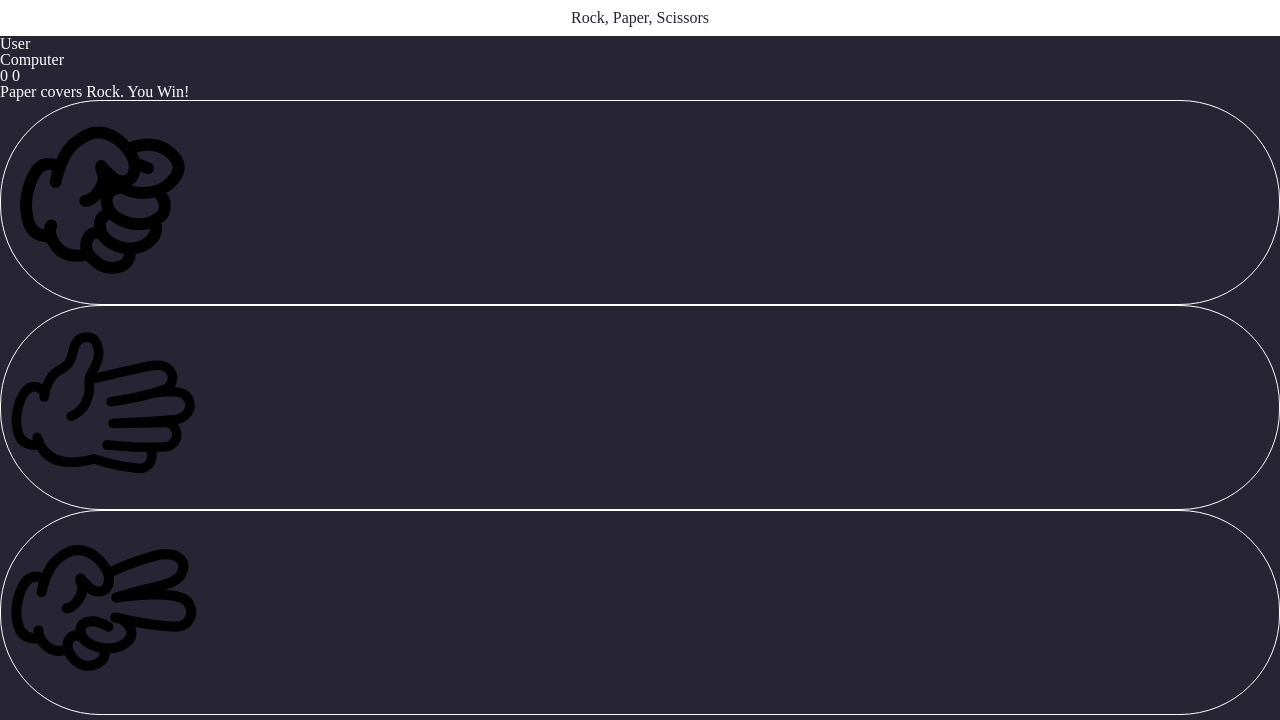
Repository: AndersonGuilherme/rock-paper-scissor-game-javascript
Page: index.html
The author's editor kept a copy of each file at every save. The page is drawn from the files as they stood at one save, then again after a run of saves.
The browser window is 1280 px wide. The pictures show the whole page.

Above is the page before, as saved 2019-01-12 12:40:56.

### index.html
<!DOCTYPE html>
<html lang="en">
  <head>
    <meta charset="UTF-8" />
    <meta name="viewport" content="width=device-width, initial-scale=1.0" />
    <meta http-equiv="X-UA-Compatible" content="ie=edge" />
    <title>Rocket.io</title>
    <link rel="stylesheet" href="./src/public/css/reset.css" />
    <link rel="stylesheet" href="./src/public/css/style.css" />
  </head>
  <body>
    <header id="header"><h1>Rock, Paper, Scissors</h1></header>
    <div class="score-board">
      <div id="user-label" class="badge">User</div>
      <div id="computer-label" class="badge">Computer</div>
      <span id="user-score">0</span> <span id="computer-score">0</span>
    </div>
    <div class="result"><h1>Paper covers Rock. You Win!</h1></div>
    <div class="choices">
      <div class="choice"><img src="./src/public/images/rock.png" alt="" /></div>
      <div class="choice"><img src="./src/public/images/paper.png" alt="" /></div>
      <div class="choice"><img src="./src/public/images/scissor.png" alt="" /></div>
    </div>
  </body>
</html>

### src/public/css/style.css
body{
    background-color: #272433;
    color: #fff;
}

#header{
    background-color: #fff;
    color: #272433;
    text-align: center;
    padding: 10px;
}

.choice{
    border: 1px solid #fff;
    border-radius: 100px;
}

Loaded but not shown: src/public/css/reset.css (common file)

After the next 4 saves:
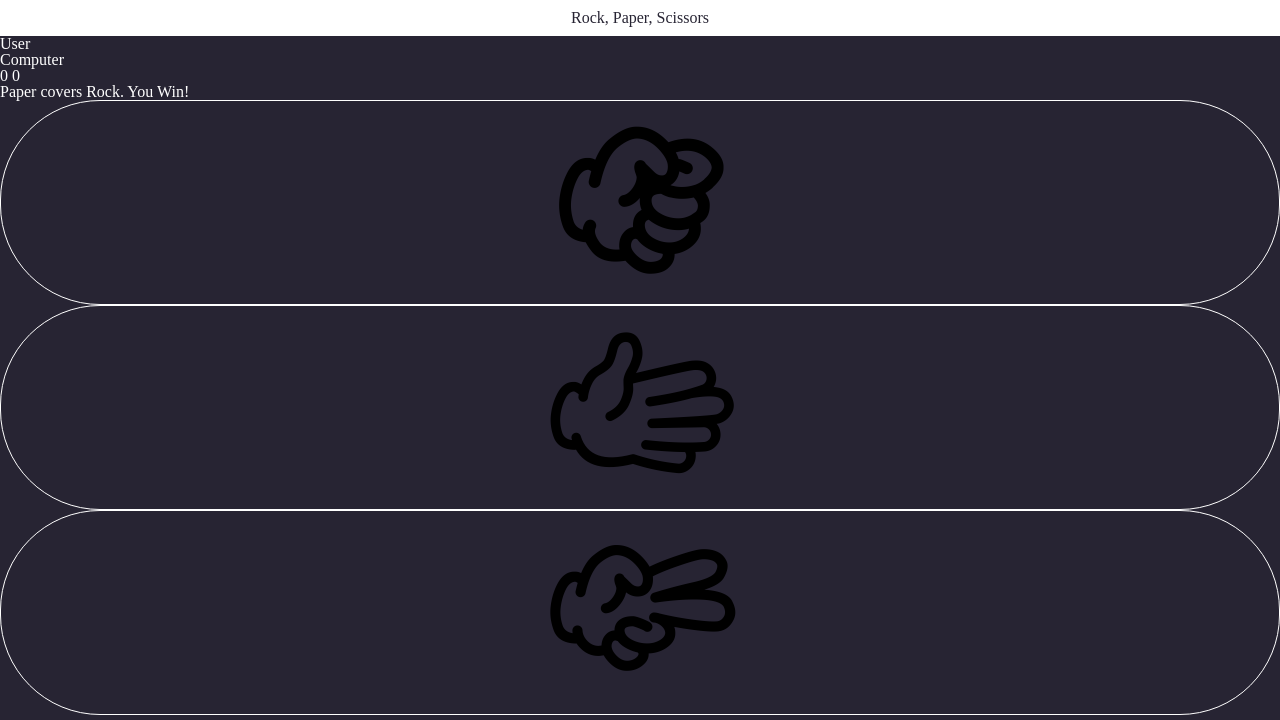
The 4 saves are shown as one change because they came seconds apart.
The last was saved 24 s later.
--- a/src/public/css/style.css
+++ b/src/public/css/style.css
@@ -13,4 +13,5 @@ body{
 .choice{
     border: 1px solid #fff;
     border-radius: 100px;
+    text-align: center
 }
